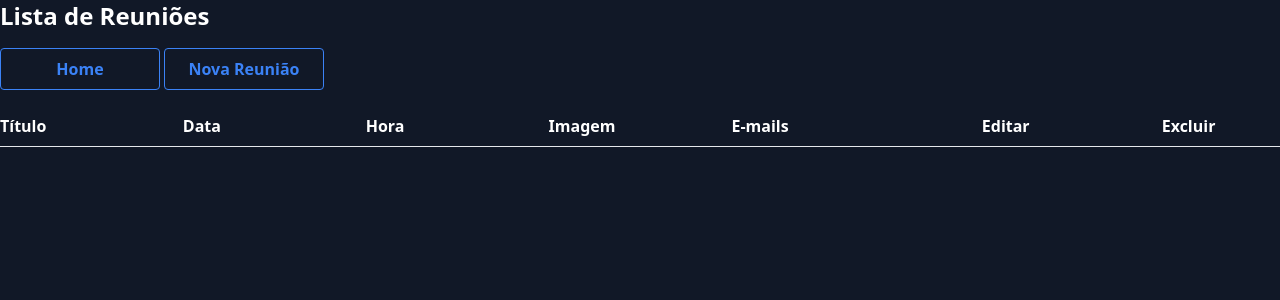
Repository: TamiBeira/meeting
Page: /meetings
An editor plug-in stored every save of this project. The page is shown before and after the next save, followed by the edit.
The browser window is 1280 px wide. The pictures show the whole page.
The project was rebuilt for these pictures with package versions that can differ from the ones it lists, and the page was loaded fresh each time. Also part of the build but not shown: vite.config.ts, src/contexts/FormContext.tsx, src/components/Form.tsx, src/components/HomePage.tsx.

Above is the page before, as saved 2024-02-27 07:43:37.

After the next save:
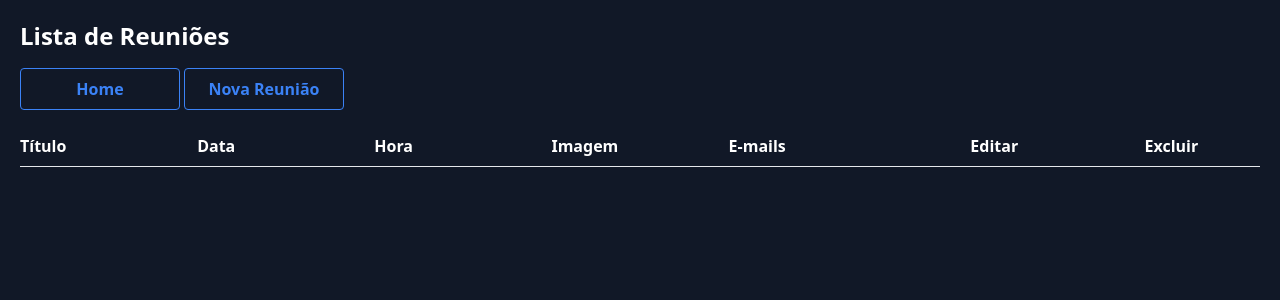
Saved 19 s later.
--- a/src/components/MeetingsView.tsx
+++ b/src/components/MeetingsView.tsx
@@ -28,7 +28,7 @@ export const MeetingsView: React.FC = () => {
   };
 
   return (
-    <div className=" flex-col items-center bg-gray-900 h-screen mx-auto justify-center">
+    <div className=" flex-col items-center bg-gray-900 h-screen mx-auto justify-center p-5">
       <h2 className="text-2xl text-white font-bold mb-4">Lista de Reuniões</h2>
       <div className="mt-4 mb-4">
         <Link to="/" className="w-40 mr-1 inline-block text-center border border-solid border-blue-500 text-blue-500 font-bold px-4 py-2 rounded">Home</Link>
